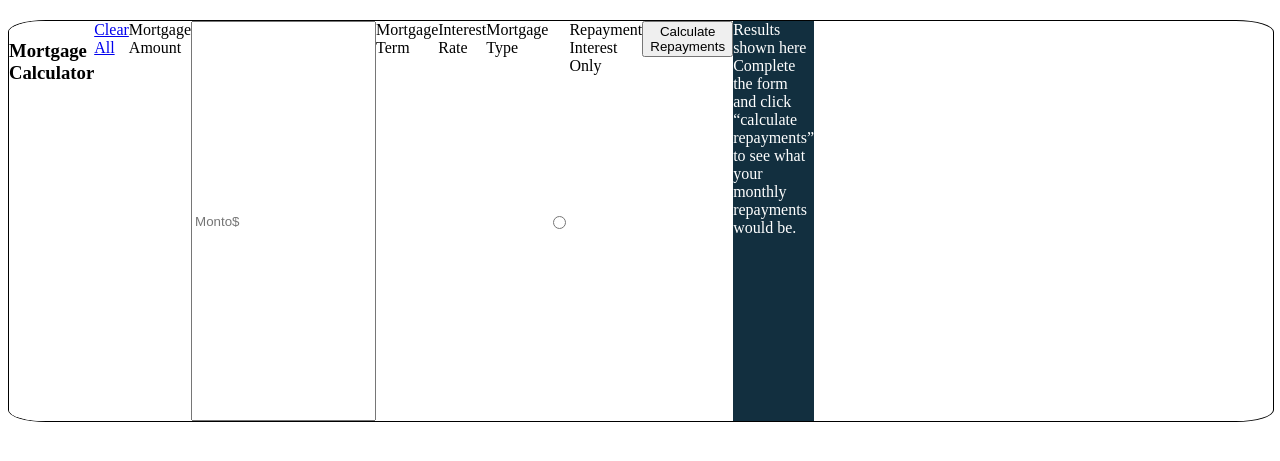
Repository: GravielPV/Mortgage-repayment-calculator
Page: index.html
These files come from the project's save history. The page is drawn as it stood at one moment and after a run of saves; the edit follows.
The browser window is 1280 px wide. The pictures show the whole page.

Above is the page before, as saved 2025-12-11 16:54:46.

### index.html
<!DOCTYPE html>
<html lang="en">
<head>
  <meta charset="UTF-8">
  <meta name="viewport" content="width=device-width, initial-scale=1.0"> <!-- displays site properly based on user's device -->

  <link rel="icon" type="image/png" sizes="32x32" href="./assets/images/favicon-32x32.png">
  <link rel="stylesheet" href="styles.css">
  <title>Frontend Mentor | Mortgage repayment calculator</title>


</head>
<body>
  <div class="carta">

    <div class="lado izquierdo">

 <h3> Mortgage Calculator </h3>
  <a href="#">Clear All</a>

  <label for="mortgage">Mortgage Amount</label>
<input type="text" name="mortgage" id="input-mortgage" placeholder="Monto$">
<label for="">Mortgage Term</label>
<label for=""> Interest Rate</label>
  <label for="">Mortgage Type</label>
  <input type="radio">
  Repayment
  Interest Only
    </input>
  <div class="boton">

    <button>Calculate Repayments</button>
  </div>

  <!-- Empty results start -->

  <div class="lado derecho">

  Results shown here

  Complete the form and click “calculate repayments” to see what
  your monthly repayments would be.
  </div>

  <!-- Empty results end -->

  <!-- Completed results start -->

  <div class="resultado">
  Your results

  Your results are shown below based on the information you provided.
  To adjust the results, edit the form and click “calculate repayments” again.

  Your monthly repayments

  Total you'll repay over the term
  </div>

  </div>

  <!-- Completed results end -->

</body>
</html>

### styles.css
.carta{
    width: 100%;
    height: 400px;
display: flex;
margin: 20px auto;
border-radius: 3%;
border: 1px solid rgb(0, 0, 0);
 overflow: hidden;
}

.lado{
    width: 50%;
    display: flex;

}

.izquierdo{
display: flex;
    background-color: rgb(255, 255, 255);
}

.derecho{

    background-color: hsl(202, 55%, 16%);
    color: white;
}

.resultado{
    display: none;
}

After the next 3 saves:
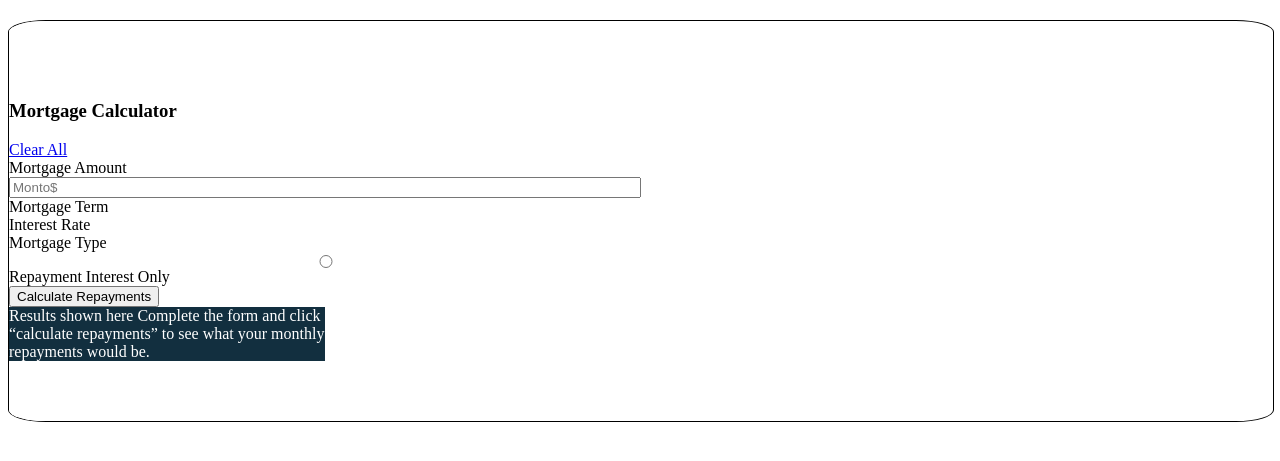
The 3 saves are shown as one change because they came seconds apart.
The last was saved 21 s later.
--- a/styles.css
+++ b/styles.css
@@ -11,6 +11,8 @@ border: 1px solid rgb(0, 0, 0);
 .lado{
     width: 50%;
     display: flex;
+    flex-direction: column;
+    justify-content: center;
 
 }
 
